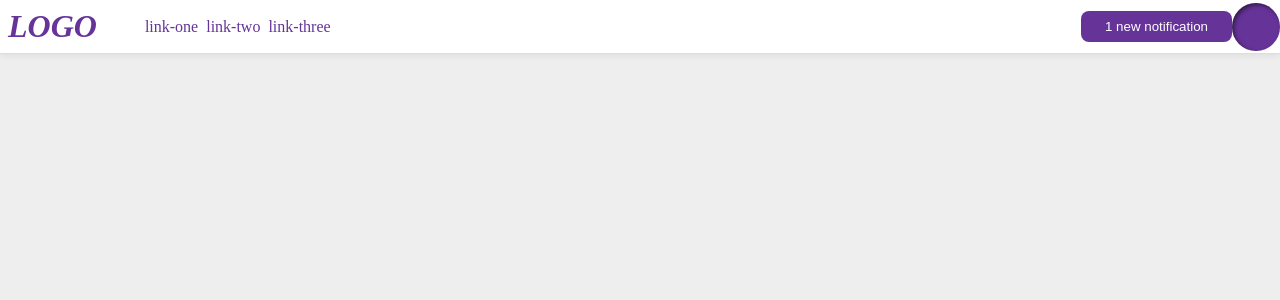
Repository: bbrockbrown/css-exercises
Page: flex/03-flex-header-2/index.html
The author's editor kept a copy of each file at every save. The page is drawn from the files as they stood at one save, then again after the next save.
The browser window is 1280 px wide. The pictures show the whole page.
Some web fonts or font styles are not loaded; a fallback is used.

Above is the page before, as saved 2024-07-21 13:13:58.

After the next save:
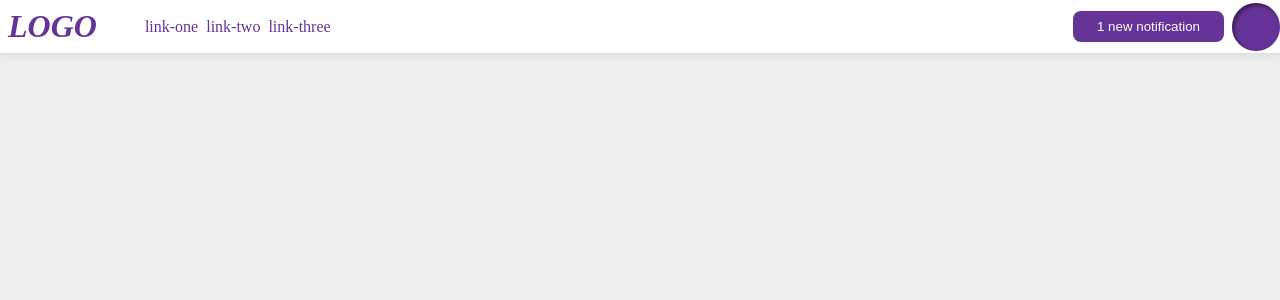
Saved 11 s later.
--- a/flex/03-flex-header-2/style.css
+++ b/flex/03-flex-header-2/style.css
@@ -26,6 +26,7 @@ body {
   display: flex;
   align-items: center;
   justify-content: space-between;
+  gap: 8px;
 }
 
 
